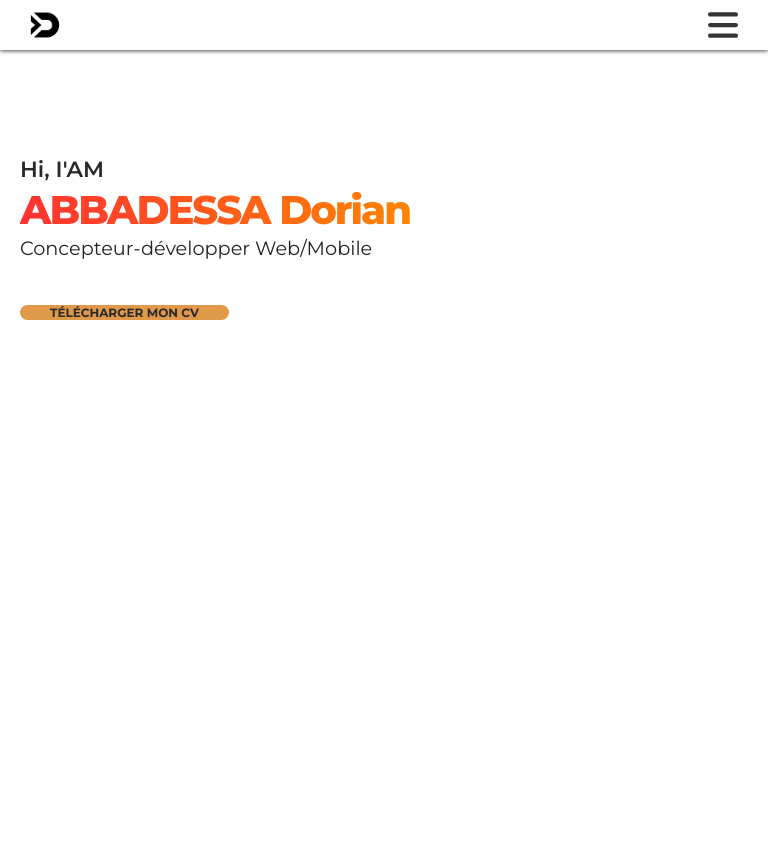
Repository: DorianABDS/Portfolio-ABBADESSA-Dorian
Page: index.html
These files come from the project's save history. The page is drawn as it stood at one moment and after the next save; the edit follows.
The browser window is 768 px wide. The pictures show the whole page.

Above is the page before, as saved 2024-11-26 23:56:30.

### index.html
<!DOCTYPE html>
<html lang="fr">
<head>
    <meta charset="UTF-8">
    <meta name="viewport" content="width=device-width, initial-scale=1.0">
    <meta charset="UTF-8">
    <meta name="viewport" content="width=device-width, initial-scale=1.0">
    <meta name="keywords" content="Portfolio, ABBADESSA Dorian, Web developper">
    <title>ABBADESSA Dorian - Portfolio</title>
    <link rel="shortcute icon" href="/src/img/Logo Div.png">
    <link rel="stylesheet" href="style.css">
</head>
<body>
    <header class="header">
        <nav class="navbar">
            <a href="index.html" class="logo"><img src="/src/img/Logo plat Div noir.png" alt=""></a>
            <div class="nav-links">
                <ul>
                    <li><a href="index.html">Accueil</a></li>
                    <li><a href="articles.html">Articles</a></li>
                    <li><a href="apropos.html">À propos</a></li>
                    <li><a href="contact.html">Contact</a></li>
                </ul>
            </div>
            <img src="/src/img/bars-solid.svg" alt="menu hamburger" class="menu-hamburger">
        </nav>
        <!-- <div class="social">
            <a href="#" title="Facebook"><img src="/src/img/icone Github.png" alt=""></a>
            <a href="#" title="Twitter"><img src="src/img/icone Linkedin.png" alt=""></a>
        </div> -->
    </header>
    <main>
        <section class="accueil">
            <div class="contrainer-accueil">
                <h2>Hi, I'AM</h2>
                <h1><span>ABBADESSA Dorian</span></h1>
                <p>Concepteur-développer Web/Mobile</p>
                <a href="#">télécharger mon cv</a>
            </div>
        </section>
    </main>
</body>
<script>
    const menuHamburger = document.querySelector(".menu-hamburger")
    const navLinks = document.querySelector(".nav-links")
    const social = document.querySelector(".social")

    menuHamburger.addEventListener('click',()=>{
    navLinks.classList.toggle('mobile-menu')
    })
</script>
</html>

### style.css
@font-face {
    font-family: "Montserrat";
    src: url(/src/font/Montserrat-VariableFont_wght.ttf);
}

* {
    margin: 0;
    padding: 0;
    text-decoration: none;
    list-style: none;
    box-sizing: border-box;

}

html, body {
    font-size: 19.3px;
    color: rgba(0, 0, 0, .87);
    background-color: #fff;
    font-family: "Montserrat", sans-serif;
    line-height: 1.8;
    font-weight: 400;
}

.navbar {
    background: rgb(255, 255, 255);
    backdrop-filter: blur(10px);
    box-shadow: 0 0 5px rgb(0, 0, 0);;
    top: 0;
    left: 0;
    height: 50px;
    width: auto;
    position: fixed;
    padding-left: 30px;
    padding-right: 61px;
    width: 100%;
    display: flex;
    justify-content: space-between;
    align-items: center;
    z-index: 1;
}

.navbar a {
    color: #292929;
    font-weight: 700;
    display: inline;
}

.navbar .nav-links ul li a::after {
    content: "";
    display: block;
    height: 2px;
    background: rgb(255, 255, 255);
    transform: scale(0);
    transition: transform 0.2s ease-in-out;
}

.navbar .nav-links ul li a:hover::after {
    transform: scale(1);
}

.navbar .logo {
    transform: none;
    font-weight: 700;
}

.navbar .nav-links ul {
    display: flex;
    align-items: center;
}

.navbar .nav-links ul li {
    display: flex;
    margin: 0 25px;
}

.navbar .nav-links ul li img {
    display: flex;
    padding: -20px;
    margin-left: -23px;
}

.navbar .menu-hamburger {
    display: none;
    position: absolute;
    top: 8px;
    right: 30px;
    width: 30px;
}

.social a {
    border: solid;
}

.accueil {
    padding-top: 100px;
    margin-top: 50px;
    width: 100%;
    height: 100vh;
}

.contrainer-accueil {
    padding-left: 20px;
}

.contrainer-accueil a {
    color: #292929;
    text-transform: uppercase;
    font-weight: 700;
    padding: 10px;
    border-radius: 50px;
    border: 0;
    background-color: #E0984A;
}

@media  screen and (max-width: 814px) {
    .navbar .menu-hamburger {
        display: block;
    }

    .nav-links.mobile-menu {
        margin-left: 0;
    }

    .navbar {
        padding: 0;
    }

    .navbar .logo {
        padding-left: 20px;
    }

    .navbar .logo img {
        display: flex;
        align-items: center;
        width: 50px;
    }

    .nav-links {
        position: absolute;
        background-color: rgba(255, 255, 255, 0.12);
        backdrop-filter: blur(8px);
        top: 0;
        left: 0;
        width: 100%;
        height: 100vh;
        display: flex;
        justify-content: center;
        align-items: center;
        margin-left: 100%;
        transition: all 0.5s ease;
    }

    .nav-links ul {
        display: flex;
        flex-direction: column;
        align-items: center;
    }

    .navbar .nav-links ul li {
        margin: 15px 0;
        font-size: 1.2em;
    }

    .accueil h2 {
        font-size: 22px;
        font-weight: 600;
        color: #292929;
    }

    .accueil h1 {
        display: inline-block;
        padding-right: 20px;
        line-height: 100%;
        font-size: 40px;
        letter-spacing: -2px;
        font-weight: 800;
        background: linear-gradient(90deg, rgba(255,50,50,1) 0%, rgba(255,136,0,1) 100%);
        -webkit-background-clip: text;
        -webkit-text-fill-color: transparent;
    }

    .accueil p {
        line-height: 150%;
        padding-right: 20px;
        margin-bottom: 30px;
    }

    .contrainer-accueil a {
        margin-top: 30px;
        font-size: 12px;
        padding: 0 30px 0 30px;
    }
}

### src/img/bars-solid.svg
<svg xmlns="http://www.w3.org/2000/svg" viewBox="0 0 448 512" fill="#353535"><!--!Font Awesome Free 6.7.0 by @fontawesome - https://fontawesome.com License - https://fontawesome.com/license/free Copyright 2024 Fonticons, Inc.--><path d="M0 96C0 78.3 14.3 64 32 64l384 0c17.7 0 32 14.3 32 32s-14.3 32-32 32L32 128C14.3 128 0 113.7 0 96zM0 256c0-17.7 14.3-32 32-32l384 0c17.7 0 32 14.3 32 32s-14.3 32-32 32L32 288c-17.7 0-32-14.3-32-32zM448 416c0 17.7-14.3 32-32 32L32 448c-17.7 0-32-14.3-32-32s14.3-32 32-32l384 0c17.7 0 32 14.3 32 32z"/></svg>

After the next save:
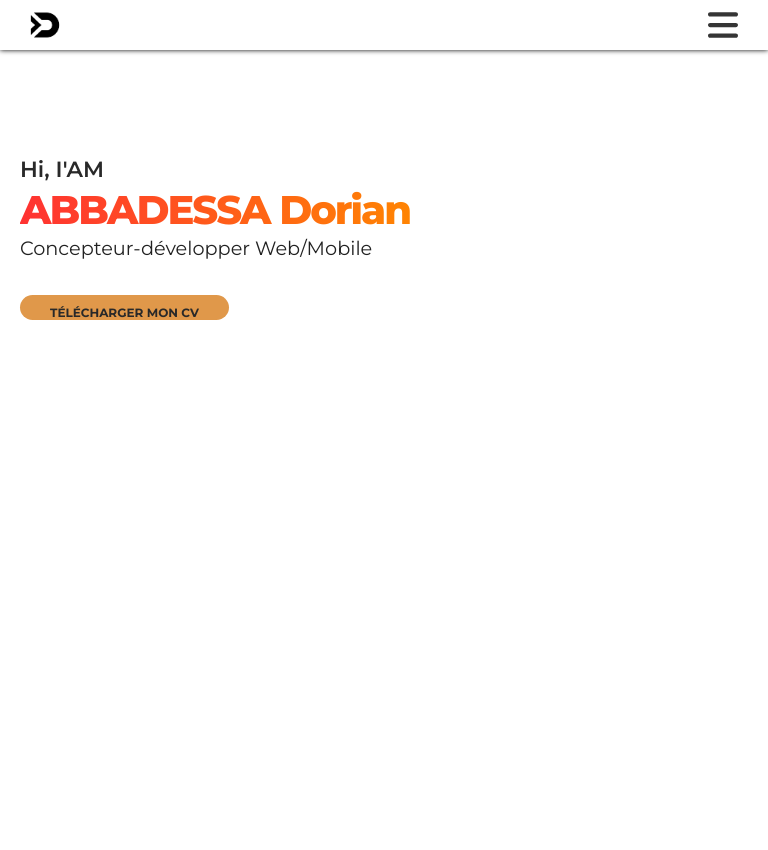
Saved 17 s later.
--- a/style.css
+++ b/style.css
@@ -188,6 +188,6 @@ html, body {
     .contrainer-accueil a {
         margin-top: 30px;
         font-size: 12px;
-        padding: 0 30px 0 30px;
+        padding: 10px 30px 0 30px;
     }
 }
